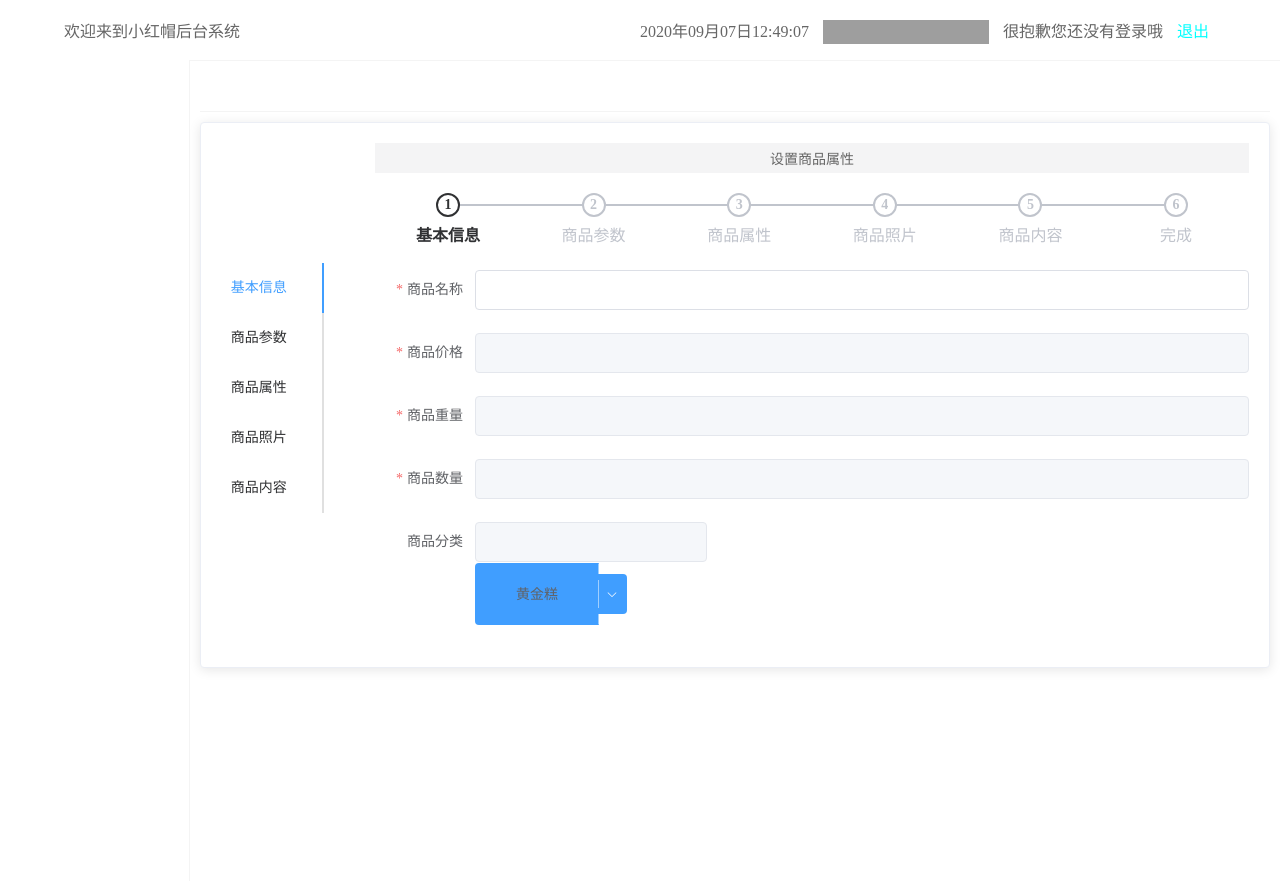
Repository: jinggegeZ/whitesystem
Page: /goods/addGoods
These files come from the project's save history. The page is drawn as it stood at one moment and after the next save; the edit follows.
The browser window is 1280 px wide. The pictures show the whole page.
Pictures or frames that could not be fetched are drawn as grey boxes. The page's requests for data from a server got no answer. The project was rebuilt for these pictures with package versions that can differ from the ones it lists, and the page was loaded fresh each time. No one was signed in, and anything a server would have sent is missing. Also part of the build but not shown: vue.config.js, src/views/Home.vue.

Above is the page before, as saved 2020-09-07 14:21:56.

### public/index.html
<!DOCTYPE html>
<html lang="en">
  <head>
    <meta charset="utf-8">
    <meta http-equiv="X-UA-Compatible" content="IE=edge">
    <meta name="viewport" content="width=device-width,initial-scale=1.0">
    <link rel="icon" href="<%= BASE_URL %>favicon.ico">
    <title><%= htmlWebpackPlugin.options.title %></title>
  </head>
  <body>
    <noscript>
      <strong>We're sorry but <%= htmlWebpackPlugin.options.title %> doesn't work properly without JavaScript enabled. Please enable it to continue.</strong>
    </noscript>
    <div id="app"></div>
    <!-- built files will be auto injected -->

     <!--[if lte IE 9]>
    <div style='position:absolute; top: 50%; left:50%; margin-top: -50px;margin-left: -400px; align-items: center;justify-content: center;'>
      <div style='width: 800px; height: 100px;text-align: center'>
        <h1>
        您的浏览器版本过低 请下载最新的谷歌浏览器
      </h1>
      <div style='text-align: center;width: 800px'>
        <a href=''>下载谷歌浏览器点此链接</a>
      </div>
      </div>
    </div>
  <![endif]-->
  </body>

</html>

### src/main.js
import Vue from "vue";
import App from "./App.vue";
import router from "./router";
import store from "./store";
import './bus'
import ElementUI from 'element-ui'
import 'element-ui/lib/theme-chalk/index.css'
import dayjs from 'dayjs'
import echarts from "echarts"

dayjs().format();
Vue.use(ElementUI)
Vue.config.productionTip = false;
Vue.prototype.$echarts = echarts

new Vue({
  router,
  store,
  render: h => h(App)
}).$mount("#app");

### src/App.vue
<template>
  <div id="app">
    <router-view />
  </div>
</template>

<style lang="scss">
@import '../src/style/style'
</style>

### src/store/index.js
import Vue from "vue";
import Vuex from "vuex";
import user from "./user/user";
import order from "./order/order"
import goods from "./goods/goods"

Vue.use(Vuex);

export default new Vuex.Store({
  state: {},
  mutations: {},
  actions: {},
  modules: {
    user,
    order,
    goods
  }
});

### src/bus/index.js
import Vue from 'vue'
const bus = new Vue()
Vue.prototype.$bus = bus

### src/style/style.css
* {
    margin: 0;
    padding: 0;
}

#app {
    width: 100%;
    height: 100%;
}
.el-menu-item {
    min-width: 100px !important;
}
html {
    width: 100%;
    height: 100%;
}

body {
    width: 100%;
    height: 100%;
}

/* 登录页面 */
.login {
    width: 100%;
    height: 100%;
}

.loginbox {
    width: 100%;
    height: 100%;
    display: flex;
    justify-content: center;
    align-items: center;

}

.loginboximg {
    width: 100%;
    height: 100%;
    position: absolute;

}

.msgbox {
    width: 636px;
    height: 400px;
    background: rgb(255, 255, 255);
    border: 1px solid rgb(204, 204, 204);
    z-index: 99;
    position: absolute;
    border-radius: 5px;
}

.topbox {
    width: 100%;
    height: 79px;
    font-size: 22px;
    display: flex;
    justify-content: space-around;
    align-items: center;
    border-bottom: 1px solid rgb(204, 204, 204);
    font-weight: 700;

}
.el-form {
    width: 100%;
}
.topinpuit {
    width: 100%;
    height: 60px;
    display: flex;
    justify-content: center;
    align-items: center;
}
.topinpuit1 {
    width: 100%;
    height: 60px;
    display: flex;
    justify-content: center;

    margin-top: 20px;
}
.topinputfont {
    width: 100%;
    height: 80px;
    display: flex;
    justify-content: center;
    font-size: 14px;
    align-items: center;
}
.topinpuit1-2 {
    width: 90%;
    display: flex;
    justify-content: center;
    align-items: center;
}
.topinpuit1-1 {
    width: 90%;
    display: flex;
    justify-content: center;
    align-items: center;
}
.submit {
    width: 100%;
    height: 80px;
    display: flex;
    justify-content: center;
    align-items: center;

}
/* layout部分 */
.layout-homebox {
    width: 100%;
    height: 100%;

}
.layout-topbox {
    width: 100%;
    height: 60px;
}
.layout-navbox {
    width: 100%;
    display: flex;

}
.layout-leftbox {
    width: 15%;
    min-height: 800px;
    height: 100%;

}
.layout-sonbox {
    padding: 10px;
    width: 85%;
    min-height: 800px;
    height: 100%;
    border-top: 1px solid rgb(244,244,244);
    border-left: 1px solid rgb(244,244,244);
}
.layout-sonbox-top {
    width: 100%;
    height: 40px;
    border-bottom: 1px solid rgb(244,244,244);
    display: flex;
    align-items: center;
}
.layout-sonbox-top-item {
    padding: 3px 15px;
    font-size: 12px;
    border: 1px solid rgb(224,224,224);
    margin-left: 10px;
    border-radius: 5px;
}
.layout-sonbox-top-item:hover {
    background: rgb(7, 170, 235);
    color: white;
}
.layout-sonbox-top-item:hover .vis {
    visibility: visible;

}
.vis {
    visibility: hidden;
}
.layout-sonbox-top-item2 {
    margin-left: 10px;
    margin-right: 10px;

}
.layout-sonbox-box {
    margin-top: 10px;
}
/* 头部样式 */
.top-Box {
    width: 100%;
    height: 60px;
    display: flex;
    justify-content: center;
    align-items: center;

}
.top-box {
    width: 90%;
    height: 60px;
    display: flex;
    justify-content: space-between;
    align-items: center;
}
.top-box-left {
    width: 50%;
    height: 100%;
    font-size: 16px;
    color: #666;
    display: flex;
    align-items: center;
}
.top-box-right {
    width: 590px;
    height: 100%;
    font-size: 20px;
    color: #666;
    display: flex;
    justify-content: space-around;
    align-items: center;
    font-size: 16px;
}
.logout {
    color: aqua;
}
.weather {
    height: 21px;
}
iframe{
    width: 166px;
}
iframe html{
    width: 166px;
}
iframe body{
    width: 166px;
}

### src/views/layout1/layout.vue
<template>
  <div class="layout-homebox">
    <div class="layout-topbox">
      <topbox></topbox>
    </div>
    <div class="layout-navbox">
      <div class="layout-leftbox">
        <leftbox></leftbox>
      </div>
      <div class="layout-sonbox">
      <used></used>
        <div class="layout-sonbox-box">
          <template>
            <router-view />
          </template>
        </div>
      </div>
    </div>
  </div>
</template>

<script>
import topbox from "../../components/topbox/topbox";
import leftbox from "../../components/leftbox/leftbox";
import used from "../../components/used/used"
export default {
  name: "",
  props: {},
  components: {
    topbox,
    leftbox,
    used
  },
  data() {
    return {};
  },
  methods: {},
  mounted() {},
  watch: {},
  computed: {}
};
</script>

<style scoped lang='scss'>
</style>

### src/views/addGoods/addGoods.vue
<template>
  <div>
    <el-card class="box-card">
      <div class="contaner">
        <div class="leftbox">
          <div>
            <div
              class="itembox"
              v-for="(item,index) in tablist"
              :key="index"
              :class="[activeindex == index ? 'activeclass' : '']"
              @click="choseindex(index)"
            >{{item.title}}</div>
          </div>
        </div>
        <div class="rightbox">
          <!-- 设置商品属性 -->
          <div class="titlebox">设置商品属性</div>
          <!-- 步骤条 -->
          <div>
            <el-steps :active="activeindex" finish-status="success" align-center>
              <el-step title="基本信息"></el-step>
              <el-step title="商品参数"></el-step>
              <el-step title="商品属性"></el-step>
              <el-step title="商品照片"></el-step>
              <el-step title="商品内容"></el-step>
              <el-step title="完成"></el-step>
            </el-steps>
          </div>
          <!-- 基本信息 -->
          <div v-if="activeindex === 0">
            <div class="msgbox1">
              <el-form
                :model="ruleForm"
                :rules="rules"
                ref="ruleForm"
                label-width="100px"
                class="demo-ruleForm"
              >
                <el-form-item label="商品名称" prop="goodsname">
                  <el-input v-model="ruleForm.goodsname"></el-input>
                </el-form-item>
                 <el-form-item label="商品价格" prop="goodsprice">
                  <el-input v-model="ruleForm.goodsprice" :disabled="ruleForm.goodsname === '' ? true : false"></el-input>
                </el-form-item>
                 <el-form-item label="商品重量" prop="goodsweight">
                  <el-input v-model="ruleForm.goodsweight" :disabled="ruleForm.goodsprice === '' ? true : false"></el-input>
                </el-form-item>
                 <el-form-item label="商品数量" prop="goodsnumber">
                  <el-input v-model="ruleForm.goodsnumber" :disabled="ruleForm.goodsweight === '' ? true : false"></el-input>
                </el-form-item>
                 <el-form-item label="商品分类" prop="goodsclass">
                  <div class="openinput">
                    <el-input v-model="ruleForm.goodsclass" :disabled="ruleForm.goodsnumber === '' ? true : false"></el-input><el-dropdown split-button type="primary" @click="handleClick">
                    <el-dropdown-menu slot="dropdown">
                      </el-dropdown-menu>
                        <el-dropdown-item>黄金糕</el-dropdown-item>
                    </el-dropdown>
                  </div>

                </el-form-item>
              </el-form>
            </div>
          </div>
          <div v-if="activeindex === 1">2</div>
          <div v-if="activeindex === 2">3</div>
          <div v-if="activeindex === 3">4</div>
          <div v-if="activeindex === 4">5</div>
        </div>
      </div>
    </el-card>
  </div>
</template>

<script>
import { createNamespacedHelpers } from "vuex";
const userModule = createNamespacedHelpers("goods");
const { mapState, mapActions } = userModule;
export default {
  name: "addGoods",
  props: {},
  components: {},
  data() {
    return {
      type:"",
      pagenum:"",
      pagesize:"",
      activeindex: 0,
      tablist: [
        {
          title: "基本信息",
          id: "tab-0"
        },
        {
          title: "商品参数",
          id: "tab-1"
        },
        {
          title: "商品属性",
          id: "tab-2"
        },
        {
          title: "商品照片",
          id: "tab-3"
        },
        {
          title: "商品内容",
          id: "tab-4"
        }
      ],
      ruleForm: {
        goodsname: "",
        goodsprice:"",
        goodsweight:"",
        goodsnumber:"",
      },
      rules: {
        goodsname: [
          { required: true, message: "请输入活动名称", trigger: "blur" },
          { min: 3, max: 5, message: "长度在 3 到 5 个字符", trigger: "blur" }
        ],
        goodsprice: [
          { required: true, message: "请输入商品价格", trigger: "blur" },
          { min: 1, message: "价至少大于1", trigger: "blur" }
        ],
        goodsweight: [
          { required: true, message: "请输入商品重量", trigger: "blur" },
          { message: "商品重量不能为空", trigger: "blur" }
        ],
        goodsnumber: [
          { required: true, message: "请输入商品数量", trigger: "blur" },
          { message: "商品数量不能为空", trigger: "blur" }
        ],
      }
    };
  },
  methods: {
     //展开符运算
    ...mapActions([
      "getcategories"
    ]),
    //选中index
    choseindex(index) {
      this.activeindex = index;
    },
    //获取goodslist
    getgoodslist(){
      this.getcategories({
        type:this.type, pagenum:this.pagenum, pagesize:this.pagesize
      })
    }
  },
  mounted() {
    this. getgoodslist()
  },
  watch: {},
  computed: {...mapState(["goodslist"])}
};
</script>

<style scoped lang='scss'>
.contaner {
  display: flex;
  min-height: 500px;
  justify-content: space-between;
}
.leftbox {
  font-size: 14px;
  width: 10%;
  height: 350px;
  margin-top: 120px;
}
.itembox {
  height: 50px;
  border-right: 2px solid rgb(224, 224, 224);
  line-height: 50px;
  margin-left: 10px;
}
.rightbox {
  width: 85%;
}
.activeclass {
  color: rgb(64, 158, 255);
  border-right: 2px solid rgb(64, 158, 255);
}
.titlebox {
  width: 100%;
  height: 30px;
  display: flex;
  justify-content: center;
  align-items: center;
  font-size: 14px;
  color: #666;
  margin-bottom: 20px;
  background: rgb(244, 244, 245);
}
.msgbox {
  margin-top: 30px;
}
.msgbox1 {
  width: 100%;
  margin-top: 20px;
}
.openinput {
  width: 30%;

}
</style>

### src/store/order/order.js
import api from '../../http/api'
import { Message } from 'element-ui'
import dayjs from "dayjs"
import Vue from 'vue'

export default {
  // 开启命名空间 这个文件就是单独的一个vuex的模块
  namespaced: true,
  state: {
    orders: []
  },
  mutations: {
    setMenus(state, data) {
      state.orders = data
    },
    settotal(state, data) {
      state.total = data
    },
  },
  actions: {
    async getorders({ commit }, { query, pagenum, pagesize, user_id, pay_status, is_send, order_fapiao_title, order_fapiao_company, order_fapiao_content, consignee_addr }) {
      try {
        let res = await api.getorders({
          pagenum,
          pagesize,
          query,
          user_id,
          pay_status,
          is_send,
          order_fapiao_title,
          order_fapiao_company,
          order_fapiao_content,
          consignee_addr
        })
        if (res.meta.status === 200) {
          console.log(res.data);
          res.data.goods.map(item => {
            item.create_time = dayjs(item.create_time).format("YYYY-MM-DD/HH-mm-ss")
            if(item.pay_status === "0"){
              Vue.set(item,"pay_statuss","未付款")
            }
            if(item.pay_status === "1"){
              Vue.set(item,"pay_statuss","已付款")
            }

          })
          commit('setMenus', res.data.goods)
          commit('settotal', res.data.total)
        } else {
          Message.error(res.meta.msg)
        }
      } catch (err) {
        console.log(err);
      }
    }
  },
}

### src/store/goods/goods.js
import api from '../../http/api'
import { Message } from 'element-ui'
import dayjs from "dayjs"
// import Vue from 'vue'

export default {
    // 开启命名空间 这个文件就是单独的一个vuex的模块
    namespaced: true,
    state: {
        goods: [],
        total: 0,
        goodslist: []
    },
    mutations: {
        setgoods(state, data) {
            state.goods = data
        },
        settotal(state, data) {
            state.total = data
        },
        setgoodstotal(state, data) {
            state.goodslist = data
        }
    },
    actions: {
        //获取商品列表
        async getgoods({ commit }, { query, pagenum, pagesize }) {
            try {
                let res = await api.getgoods({
                    pagenum,
                    pagesize,
                    query,
                })
                if (res.meta.status === 200) {
                    console.log(res.data);
                    res.data.goods.map(item => {
                        item.create_time = dayjs(item.create_time).format("YYYY-MM-DD/HH-mm-ss")
                    })
                    commit("setgoods", res.data.goods)
                    commit("settotal", res.data.total)
                }
            } catch{
                err => {
                    console.log(err);
                }
            }
        },
        //删除商品
        async deletegoods({ dispatch }, { id, query, pagenum, pagesize }) {
            let res = await api.deletegoods({ id })
            try {
                if (res.meta.status === 200) {
                    Message.success('删除成功')
                    dispatch('getgoods', {
                        query, pagenum, pagesize
                    })
                }

            } catch (err) {
                console.log(err);
            }

        },
        //获取商品分类
        async getcategories({ commit }, { type, pagenum, pagesize }) {
            let res = await api.getcategories({
                type, pagenum, pagesize
            })
            try {
                if (res.meta.status === 200) {
                    console.log(res.data);
                    commit("setgoodstotal", res.data)

                }
            } catch (err) {
                console.log(err);
            }
        }
    },

}

### src/components/topbox/topbox.vue
<template>
  <div>
    <div class="top-Box">
      <div class="top-box">
        <div class="top-box-left">欢迎来到小红帽后台系统</div>
        <div class="top-box-right">
          <div>{{ nowDate }}{{ nowTime }}</div>
          <div class="weather"><iframe scrolling="no" src="https://tianqiapi.com/api.php?style=tf&skin=cherry" frameborder="0" width="400" height="24" allowtransparency="true"></iframe></div>
          <div v-if="this.adminUser">亲爱的：{{adminUser.username}}</div>
          <div v-else>很抱歉您还没有登录哦</div>
          <div @click="logout" class="logout">退出</div>
        </div>
      </div>
    </div>
  </div>
</template>
<script>
export default {
  name: "",
  props: {},
  components: {},
  data() {
    return {
      nowDate: null, //存放年月日变量
      nowTime: null, //存放时分秒变量
      timer: "", //定义一个定时器的变量
      currentTime: new Date(), // 获取当前时间
      adminUser:[], //获取用户信息
      adminToken:"", //获取令牌
    };
  },
  methods: {
    //获取时间
    getTime() {
      const date = new Date();
      const year = date.getFullYear();
      const month = date.getMonth() + 1;
      const day = date.getDate();
      const hour = date.getHours();
      const minute = date.getMinutes();
      const second = date.getSeconds();
      this.month = check(month);
      this.day = check(day);
      this.hour = check(hour);
      this.minute = check(minute);
      this.second = check(second);
      function check(i) {
        const num = i < 10 ? "0" + i : i;
        return num;
      }
      this.nowDate = year + "年" + this.month + "月" + this.day + "日";
      this.nowTime =
        this.hour + ":" + this.minute + ":" + this.second ;
    },
    //退出登录
    logout(){
      localStorage.removeItem('adminUser')
      this.$router.push('/login')
    },

  },
  mounted() {
    //获取时间
    this.timer = setInterval(this.getTime, 1000);
    //获取个人信息
    this.adminUser = JSON.parse(localStorage.getItem('adminUser'))
    this.adminToken = localStorage.getItem('adminToken')




  },
  beforeDestroy() {
    if (this.timer) {
      clearInterval(this.timer); // 在Vue实例销毁前，清除定时器
    }

  },
  watch: {},
  computed: {

  }
};
</script>

<style scoped lang='scss'>
</style>

### src/components/leftbox/leftbox.vue
<template>
  <div>
    <el-menu :default-active="$route.path" unique-opened router>
      <template v-for="item in menus">
        <el-submenu :index="item.path" :key="item.id" v-if="item.children">
          <template slot="title">
            <i :class="item.icon"></i>
            <span>{{ item.authName }}</span>
          </template>
          <el-menu-item-group>
            <el-menu-item
              :index="children.path"
              v-for="children in item.children"
              :key="children.path"
            >
              <i :class="children.icon"></i>
              <span
                slot="title"
                @click="chose(children.path, children.authName)"
              >{{ children.authName }}</span>
            </el-menu-item>
          </el-menu-item-group>
        </el-submenu>
        <el-menu-item :index="item.path" :key="item.path" v-else>
          <span slot="title">{{ item.authName }}</span>
        </el-menu-item>
      </template>
    </el-menu>
  </div>
</template>

<script>
import { createNamespacedHelpers } from "vuex";
const userModule = createNamespacedHelpers("user");
const { mapState: userState, mapActions: userActions } = userModule;
export default {
  name: "",
  props: {},
  components: {},
  data() {
    return {
      activeIndex: "/index",
      addresslist: []
    };
  },
  methods: {
    ...userActions(["getMenus"]),
    //选择子元素
    chose(path, name) {
      // console.log(path, name);
      let arr = JSON.parse(localStorage.getItem("uesdTabs"));
      if (arr) {
        // 去重
        let length = arr.filter(item => {
          return item.path === path;
        }).length;

        if (length === 0) {
          arr.push({
            path: path,
            name: name
          });
        }
      } else {
        arr = [];
        arr.push({
          path: path,
          name: name
        });
      }
      localStorage.setItem("uesdTabs", JSON.stringify(arr));
    }
  },
  mounted() {
    this.getMenus();
  },
  watch: {},
  computed: {
    ...userState(["menus"])
  }
};
</script>

<style scoped lang='scss'>
</style>

### src/components/used/used.vue
<template>
  <div>
    <div class="layout-sonbox-top" >
      <div class="layout-sonbox-top-item" v-for="item in Tabs" :key="item.path">
        <span class="vis">●</span> <span class="layout-sonbox-top-item2">{{item.name}}</span><span class="vis" @click="deletes(item)">X</span>
      </div>
    </div>
  </div>
</template>

<script>
export default {
  name: "used",
  props: {},
  components: {},
  data() {
    return {
      Tabs: []
    };
  },
  methods: {
    //获取local
    getlocal(){
      if (localStorage.getItem("uesdTabs")) {
      this.Tabs = JSON.parse(localStorage.getItem("uesdTabs"))
      // console.log(this.Tabs);
    }
    },
    //删除元素
    deletes(item){
      console.log(item);
    }
  },
  mounted() {
  this.getlocal()
  },
  watch: {
        // 监听路由跳转
    "$route.path": {
      handler(val) {
        this.getlocal();
        // console.log("菜单：", val);
        this.currentPath = val; //val是路由跳转的path
      },
      immediate: true, //立即执行
    },
  },
  computed: {

  }
};
</script>

<style scoped lang='scss'>
</style>

### src/http/index.js
import axios from 'axios'
import nprogress from 'nprogress'
import {Message} from 'element-ui'

// 运行环境: 本地环境:devlpment 和线上(生产)环境: production
const isPro = process.env.NODE_ENV === 'production'

// 创建一个axios的实例
const service = axios.create({
  // 基础路径: 需要根据当前的运行环境来判断
  baseURL: isPro ? '线上的接口路径' : '/api',
  // 超时时间
  timeout: 100000
})


// 请求拦截: 每一次发请求都会做的事情
service.interceptors.request.use((config) => {
  nprogress.start()
  // 前后端鉴权
  // jwt: JSON WEB TOKEN
  // 登录成功之后 后端会返回一个令牌
  let token = localStorage.getItem('adminToken')
  if (token) {
    // 需要在请求头当中添加token
    config.headers['Authorization'] = token
  }
  return config
}, err => {
  nprogress.done()
  return Promise.reject(err)
})


// 响应拦截: 每一次接口返回数据的时候都会做的事情
service.interceptors.response.use((res) => {
  nprogress.done()
  return res.data
}, err => {
  if (err.response && err.response.status) {
    // 错误请求的状态码
    let status = err.response.status
    if (status === 400) {
      Message.error('参数错误')
    }
    if (status === 401) {
      Message.error('登录过期,请重新登录')
    }
    if (status === 403) {
      Message.error('没有权限')
    }
    if (status === 404) {
      Message.error('接口路径错误')
    }
    if (status === 500) {
      Message.error('服务器出错')
    }
    if (status === 503) {
      Message.error('服务器在维护')
    }
  }
  return Promise.reject(err)
})


export default service

Loaded but not shown: src/store/user/user.js (286 lines, source omitted); src/router/index.js (191 lines, source omitted); src/http/api.js (94 lines, source omitted)

After the next save:
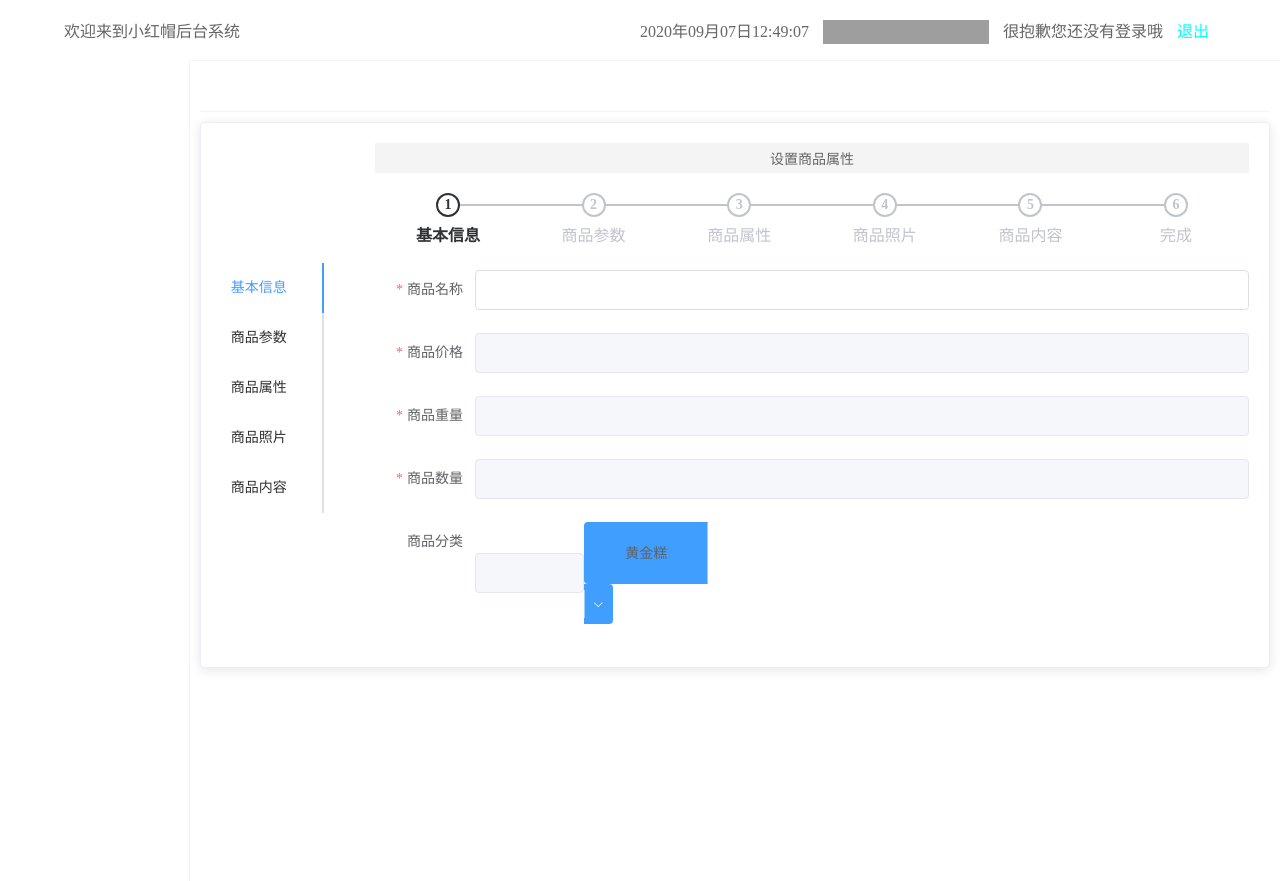
Saved 35 s later.
--- a/src/views/addGoods/addGoods.vue
+++ b/src/views/addGoods/addGoods.vue
@@ -51,7 +51,8 @@
                 </el-form-item>
                  <el-form-item label="商品分类" prop="goodsclass">
                   <div class="openinput">
-                    <el-input v-model="ruleForm.goodsclass" :disabled="ruleForm.goodsnumber === '' ? true : false"></el-input><el-dropdown split-button type="primary" @click="handleClick">
+                    <el-input v-model="ruleForm.goodsclass" :disabled="ruleForm.goodsnumber === '' ? true : false"></el-input>
+                    <el-dropdown split-button type="primary" @click="handleClick">
                     <el-dropdown-menu slot="dropdown">
                       </el-dropdown-menu>
                         <el-dropdown-item>黄金糕</el-dropdown-item>
@@ -203,6 +204,7 @@ export default {
 }
 .openinput {
   width: 30%;
-
+  display: flex;
+  align-items: center;
 }
 </style>
